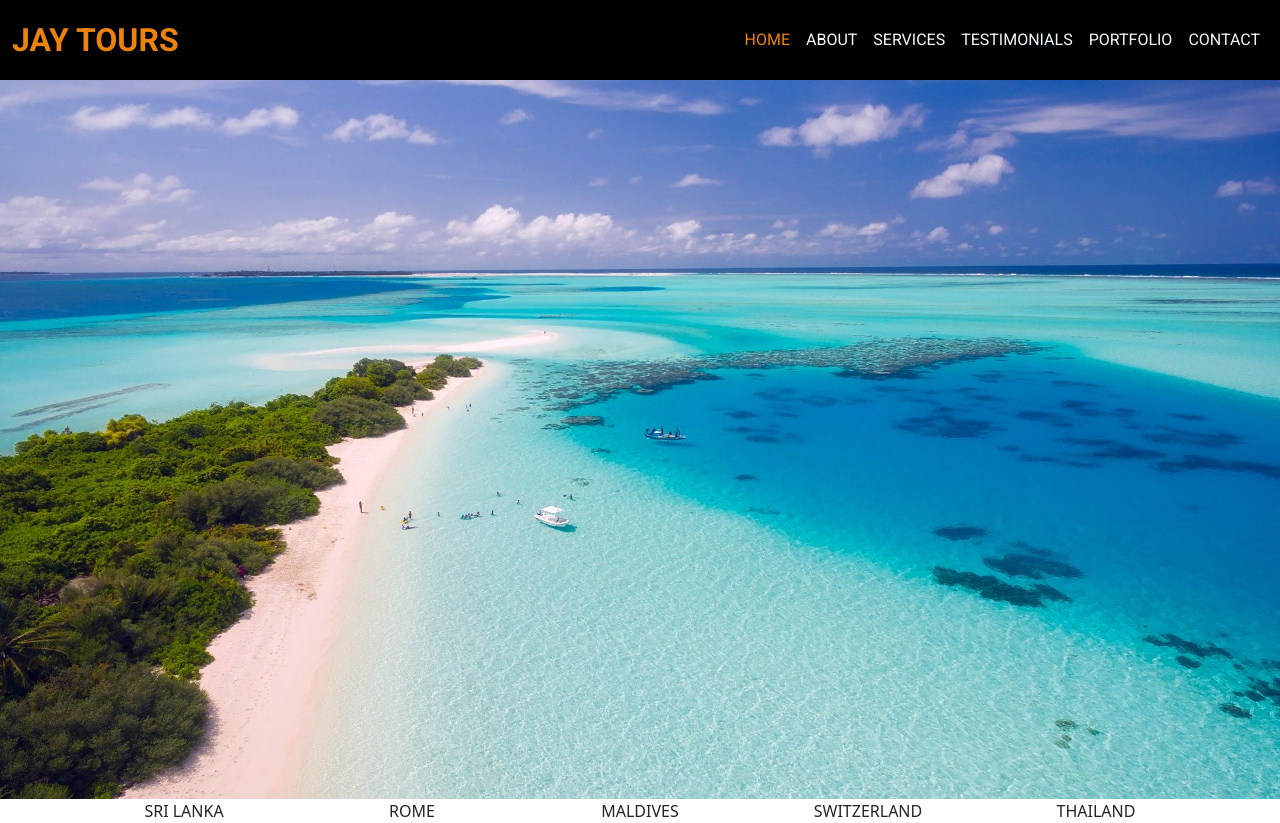
Repository: kasundiudn/Jay-Travel
Page: index.html
The author's editor kept a copy of each file at every save. The page is drawn from the files as they stood at one save, then again after a run of saves.
The browser window is 1280 px wide. The pictures show the whole page.

Above is the page before, as saved 2025-06-26 10:10:50.

After the next 2 saves:
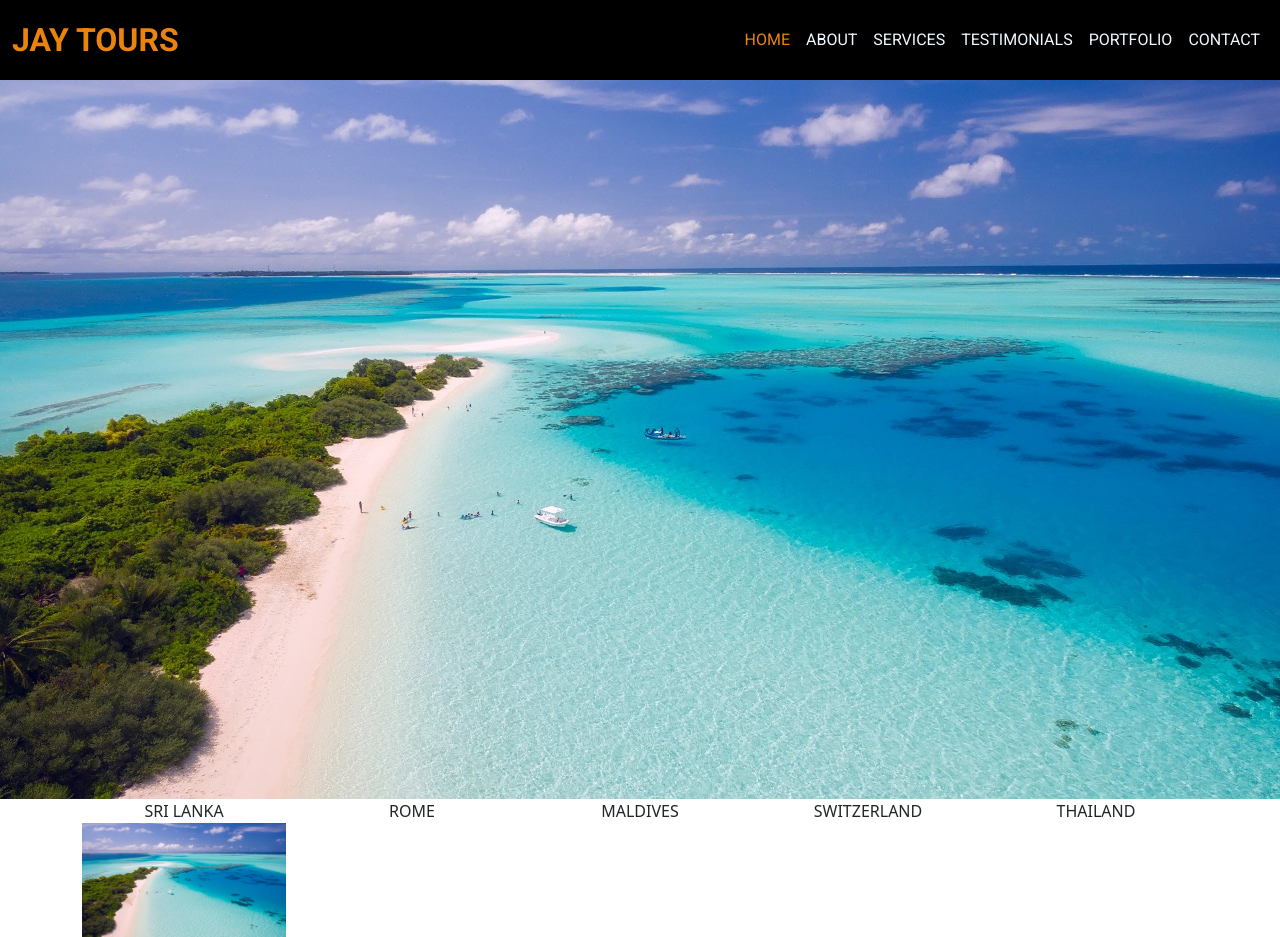
The 2 saves are shown as one change because they came seconds apart.
The last was saved 6 min 37 s later.
--- a/index.html
+++ b/index.html
@@ -55,6 +55,7 @@
   <div class="row">
     <div class="col">
       SRI LANKA
+      <img src="main.jpg" alt="Beach image" style="width: 100%; height: auto;">
     </div>
     <div class="col">
       ROME
